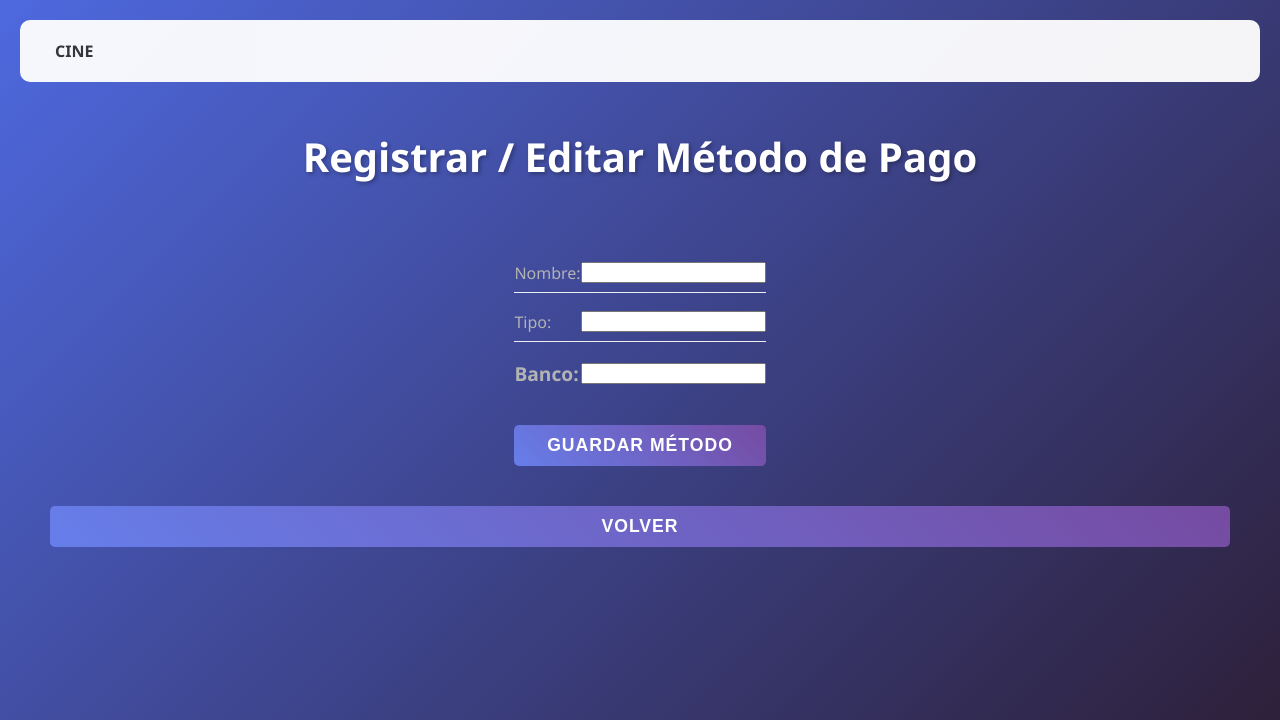
Repository: RoyScc/Practico-Django
Page: http://localhost/metodos/crear
An editor plug-in stored every save of this project. The page is shown before and after the next save, followed by the edit.
The browser window is 1280 px wide. The pictures show the whole page.
The page is served by the project's application, run on Django 5.2 (manage.py).

Above is the page before, as saved 2026-05-14 00:00:00.

After the next save:
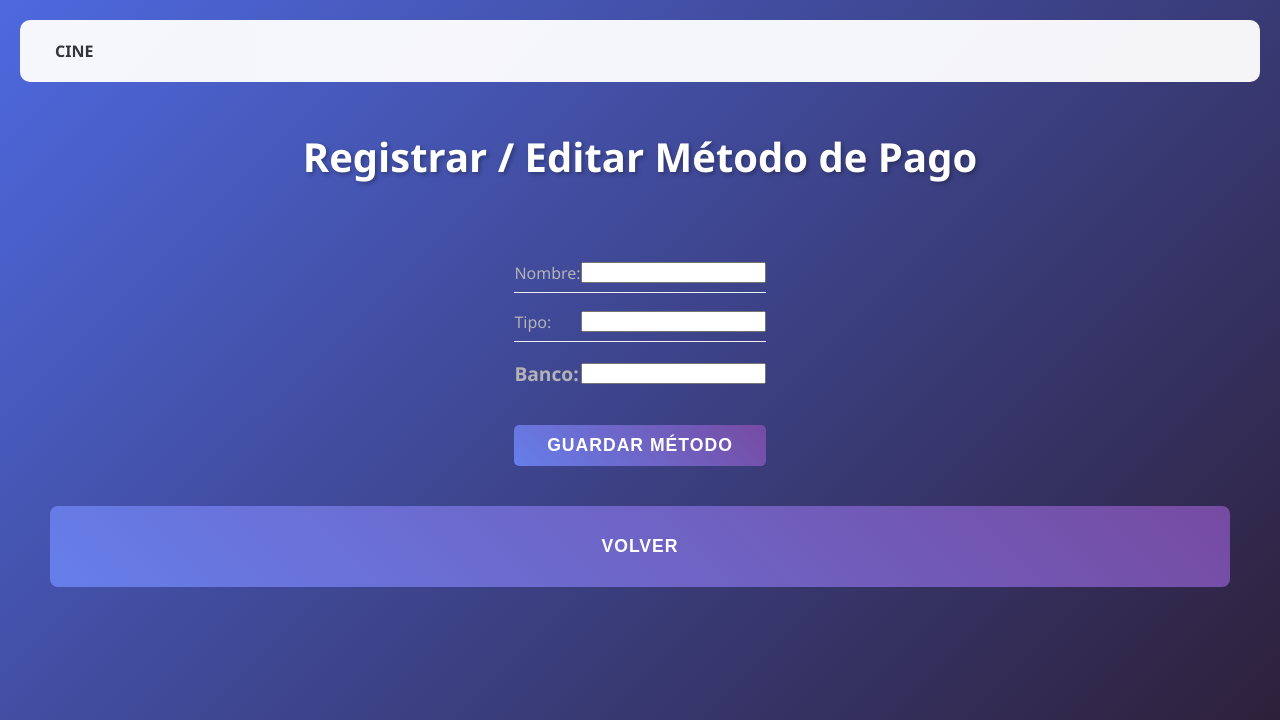
Saved 12 s later.
--- a/tickets/templates/tickets/crear_metodo_pago.html
+++ b/tickets/templates/tickets/crear_metodo_pago.html
@@ -16,7 +16,7 @@
 
 
         </form>
-        <button class="form" style="padding: 10px; background-color: #4CAF50; color: white; border: none; border-radius: 5px; cursor: pointer;" href="{% url 'lista_metodos' %}">Volver</button>
+        <button class="form" href="{% url 'lista_metodos' %}">Volver</button>
     </div>
     <br>
 

After the save that followed:
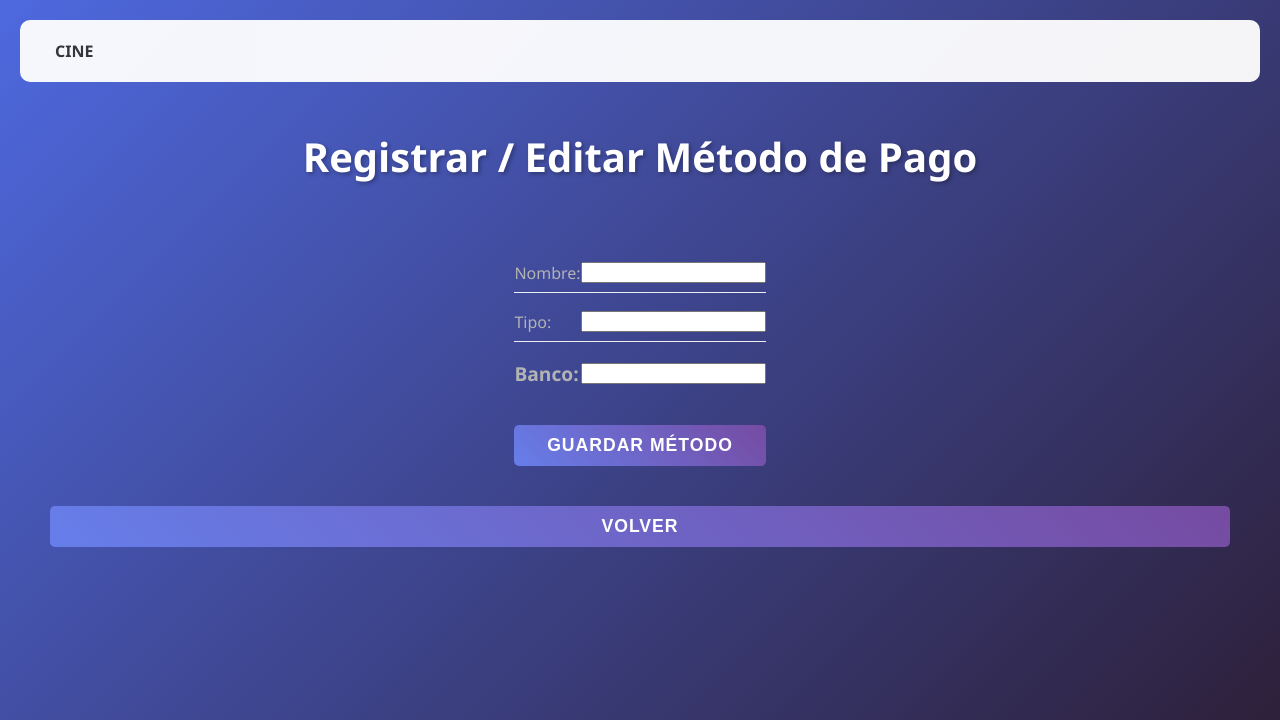
Saved 5 s later.
--- a/tickets/templates/tickets/crear_metodo_pago.html
+++ b/tickets/templates/tickets/crear_metodo_pago.html
@@ -16,7 +16,7 @@
 
 
         </form>
-        <button class="form" href="{% url 'lista_metodos' %}">Volver</button>
+        <button class="form" style="padding: 10px; background-color: #4CAF50; color: white; border: none; border-radius: 5px; cursor: pointer;" href="{% url 'lista_metodos' %}">Volver</button>
     </div>
     <br>
 
